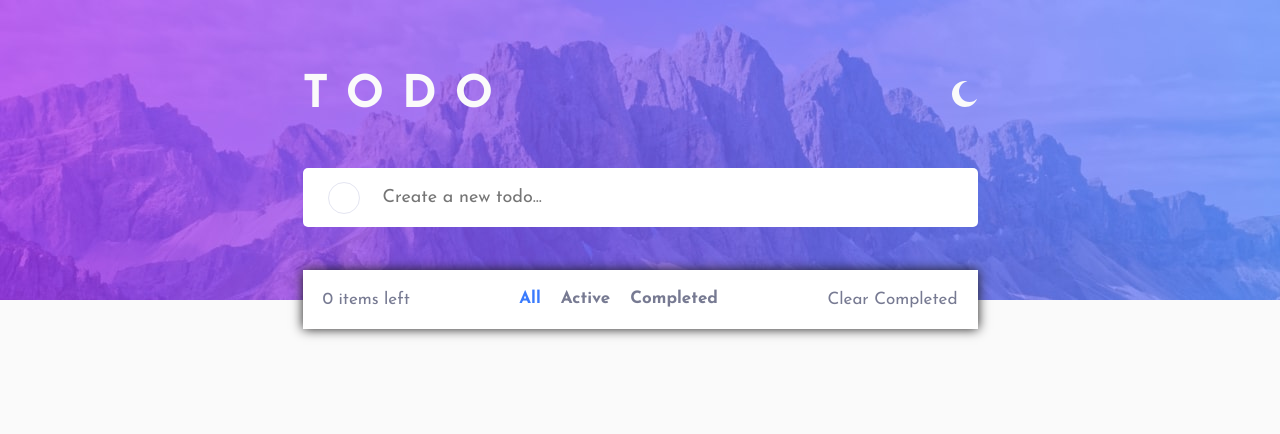
Repository: tomas938/todo-app
Page: /
These files come from the project's save history. The page is drawn as it stood at one moment and after the next save; the edit follows.
The browser window is 1280 px wide. The pictures show the whole page.
The project was rebuilt for these pictures with package versions that can differ from the ones it lists, and the page was loaded fresh each time.

Above is the page before, as saved 2021-08-20 14:17:18.

After the next save:
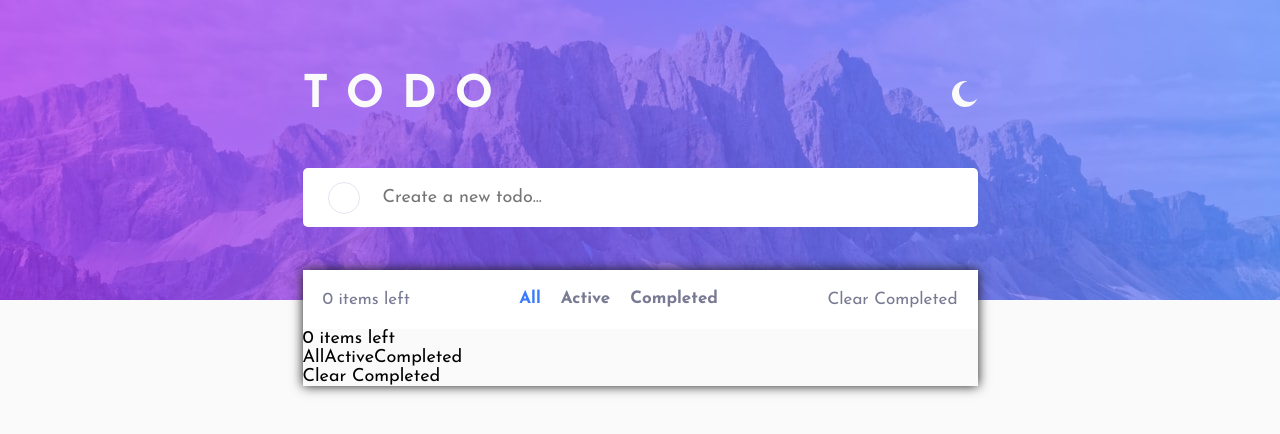
Saved 40 s later.
--- a/src/components/Todos.vue
+++ b/src/components/Todos.vue
@@ -30,6 +30,29 @@
 				</li>
 			</transition-group>
 			<div class="filters">
+				<div class="items-left">
+					<span>{{ filteredTodos.length }} items left</span>
+				</div>
+				<div class="filter">
+					<span :class="{ active: filter === 'all' }" @click="filter = 'all'"
+						>All</span
+					>
+					<span
+						:class="{ active: filter === 'active' }"
+						@click="filter = 'active'"
+						>Active</span
+					>
+					<span
+						:class="{ active: filter === 'completed' }"
+						@click="filter = 'completed'"
+						>Completed</span
+					>
+				</div>
+				<div class="clear">
+					<span @click="clearTodos">Clear Completed</span>
+				</div>
+			</div>
+			<div class="filters-mobile">
 				<div class="items-left">
 					<span>{{ filteredTodos.length }} items left</span>
 				</div>
